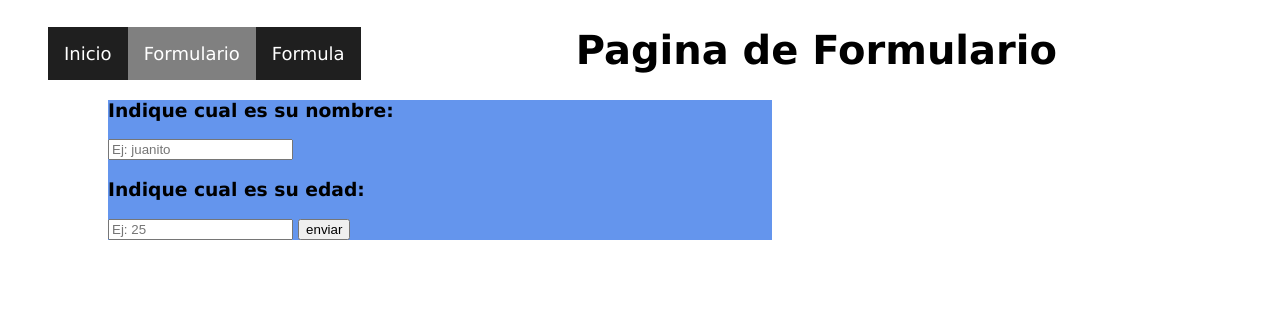
Repository: misterySnow94/tutoriales
Page: pagina basica/formulario.html
The author's editor kept a copy of each file at every save. The page is drawn from the files as they stood at one save, then again after the next save.
The browser window is 1280 px wide. The pictures show the whole page.

Above is the page before, as saved 2019-11-03 23:52:13.

### pagina basica/formulario.html
<!DOCTYPE html>
<html lang="en">
<head>
    <meta charset="UTF-8">
    <meta name="viewport" content="width=device-width, initial-scale=1.0">
    <meta http-equiv="X-UA-Compatible" content="ie=edge">
    <title>inicio</title>
    <link rel="stylesheet" href="css/style.css">
</head>
<body>
    <nav>
        <ul>
            <li><a href="index.html"> Inicio </a></li>
            <li class="active"><a href="formulario.html">Formulario</a></li>
            <li><a href="formula.html">Formula</a></li>
        </ul>
    </nav>

    <div class="contenido">
        <h1>Pagina de Formulario</h1>

        <form action="">
            <label for="nombre">
                <h3>Indique cual es su nombre:</h3>
                <input type="text" placeholder="Ej: juanito" name="nombre">
            </label>
            <label for="edad">
                <h3>Indique cual es su edad:</h3>
                <input type="number" placeholder="Ej: 25" name="edad">
            </label>
            <button>enviar</button>
        </form>
    </div>
</body>
</html>

### pagina basica/css/style.css
body{
    font-family: 'Lucida Sans', 'Lucida Sans Regular', 'Lucida Grande', 'Lucida Sans Unicode', Geneva, Verdana, sans-serif;
}

li{
    float: left;
    list-style: none;
    padding: 16px;
    background-color: rgb(31, 31, 31);
}

.active{
    background-color: gray;
}

li:hover{
    background-color: gray;
}

a{
    color: white;
    text-decoration: none;
    font-size: 18px;
}

h1{
    text-align: center;
    font-size: 40px;
}

form{
    margin-left: 100px;
    margin-right: 500px;
    background-color: cornflowerblue;
}

After the next save:
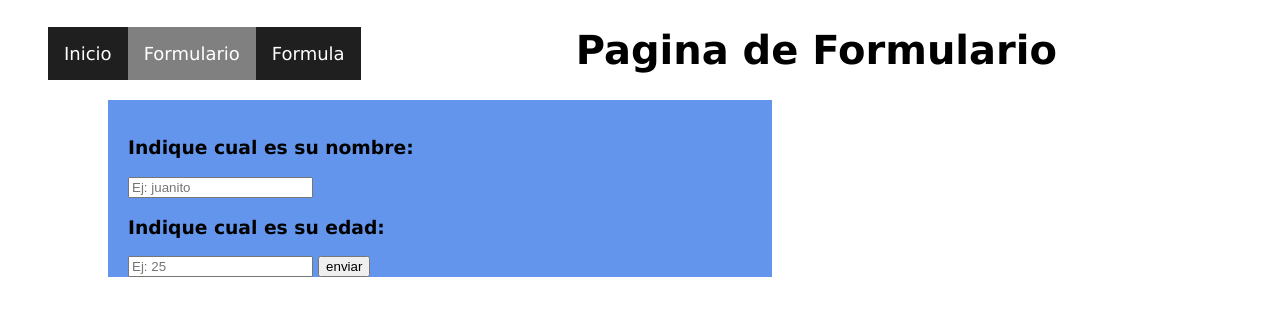
Saved 25 s later.
--- a/pagina basica/css/style.css
+++ b/pagina basica/css/style.css
@@ -33,3 +33,7 @@ form{
     margin-right: 500px;
     background-color: cornflowerblue;
 }
+
+label, input, h3{
+    margin-left: 20px;
+}
